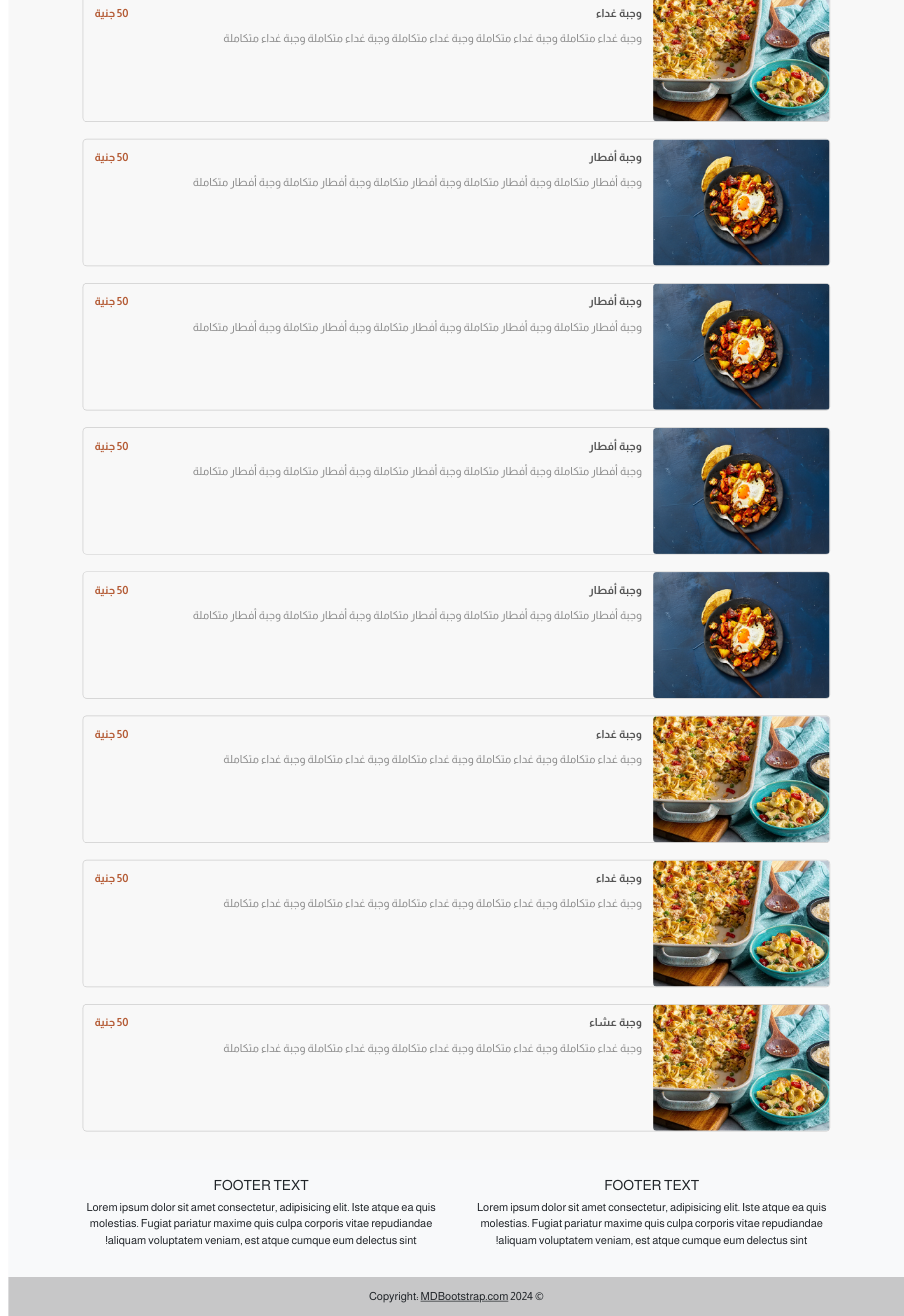
Repository: kerlos-alfy/Restaurant-Menu
Page: /
The author's editor kept a copy of each file at every save. The page is drawn from the files as they stood at one save, then again after the next save.
The browser window is 1280 px wide. The page is 1292 px wide, so the pictures cover 1292 px, including what lies to the right of the window. The pictures show the part of the page from y = 1316 to 3196 px (the page is 3196 px tall before and 3028 px after), at 70% of full size.
Some web fonts or font styles are not loaded; a fallback is used. The project was rebuilt for these pictures with package versions that can differ from the ones it lists, and the page was loaded fresh each time. Also part of the build but not shown: vite.config.js, src/App.css.

Above is the page before, as saved 2024-12-27 02:15:02.

### index.html
<!DOCTYPE html>
<html lang="ar" dir="rtl">
	<head>
		<meta charset="UTF-8" />
		<link rel="icon" type="image/svg+xml" href="https://www.svgrepo.com/show/282224/fast-food-hamburguer.svg" />
		<link
			rel="stylesheet"
			href="https://cdn.jsdelivr.net/npm/bootstrap@5.3.2/dist/css/bootstrap.min.css"
			integrity="sha384-T3c6CoIi6uLrA9TneNEoa7RxnatzjcDSCmG1MXxSR1GAsXEV/Dwwykc2MPK8M2HN"
			crossorigin="anonymous" />
		<!-- Start Font Google Arabic  -->
		<link rel="preconnect" href="https://fonts.googleapis.com" />
		<link rel="preconnect" href="https://fonts.gstatic.com" crossorigin />
		<link
			href="https://fonts.googleapis.com/css2?family=Alkalami&family=Almarai:wght@300;400;700;800&family=Cairo:wght@200..1000&family=Rakkas&display=swap"
			rel="stylesheet" />
		<!-- End Font Google Arabic  -->
		<meta name="viewport" content="width=device-width, initial-scale=1.0" />
		<title>Restaurant Menu</title>
	</head>
	<body>
		<div id="root"></div>
		<script type="module" src="/src/main.jsx"></script>
	</body>
</html>

### src/index.css
/* :root {
  font-family: Inter, system-ui, Avenir, Helvetica, Arial, sans-serif;
  line-height: 1.5;
  font-weight: 400;

  color-scheme: light dark;
  color: rgba(255, 255, 255, 0.87);
  background-color: #242424;

  font-synthesis: none;
  text-rendering: optimizeLegibility;
  -webkit-font-smoothing: antialiased;
  -moz-osx-font-smoothing: grayscale;
}

a {
  font-weight: 500;
  color: #646cff;
  text-decoration: inherit;
}
a:hover {
  color: #535bf2;
}

body {
  margin: 0;
  display: flex;
  place-items: center;
  min-width: 320px;
  min-height: 100vh;
}

h1 {
  font-size: 3.2em;
  line-height: 1.1;
}

button {
  border-radius: 8px;
  border: 1px solid transparent;
  padding: 0.6em 1.2em;
  font-size: 1em;
  font-weight: 500;
  font-family: inherit;
  background-color: #1a1a1a;
  cursor: pointer;
  transition: border-color 0.25s;
}
button:hover {
  border-color: #646cff;
}
button:focus,
button:focus-visible {
  outline: 4px auto -webkit-focus-ring-color;
}

@media (prefers-color-scheme: light) {
  :root {
    color: #213547;
    background-color: #ffffff;
  }
  a:hover {
    color: #747bff;
  }
  button {
    background-color: #f9f9f9;
  }
} */

.color-body {
	background-color: #f8f8f8;
	height: 100%;
}
.font {
	font-family: "Almarai", sans-serif;
}
.title {
	color: #224f61;
	font-family: Almarai;
	font-size: 30px;
	font-weight: bold;
	letter-spacing: 0;
	line-height: 64px;
}
.underline {
	height: 1px;
	width: 200px;
	border-radius: 10px;
	border: 2px solid #b45b35;
}
.btn {
	color: black;
	font-family: Almarai;
	font-size: 18px;
	letter-spacing: 0;
	line-height: 24px;
}
.btn:hover {
	color: black;
	font-family: Almarai;
	font-size: 18px;
	font-weight: bold;
	letter-spacing: 0;
	line-height: 24px;
	border-radius: 11px;
	border: none;
	background-color: #b45b35;
}
.img-item {
	height: 180px;
	width: 252px;
	border-radius: 5px;
}
.item-description {
	color: #8c8c8c;
	font-family: Almarai;
	font-size: 16px;
	letter-spacing: 0;
	line-height: 20px;
}
.item-title {
	color: #555555;
	font-family: Almarai;
	font-size: 16px;
	font-weight: bold;
	letter-spacing: 0;
	line-height: 20px;
}
.card-color {
	background-color: #f8f8f8;
}
.item-price {
	color: #b45b35;
	font-family: Almarai;
	font-size: 16px;
	font-weight: bold;
	letter-spacing: 0;
	line-height: 20px;
}
.btn-search {
	border: none;
	cursor: pointer;
	color: #b45b35;
	border-radius: 3px solid #b45b35;
	border-radius: 8px;
	background-color: white;
	width: 72px;
	font-weight: 500;
}
.btn-search:hover {
	color: white;
	border-radius: 3px solid white;
	background-color: #b45b35;
	border-radius: 8px;
}
.brand-color {
	color: #ffffff;
}

### src/App.jsx
import { motion } from "framer-motion";
import { useState } from "react";
import { Container } from "react-bootstrap";
import "./App.css";
import NavBar from "./components/NavBar";
import Header from "./components/Header";
import Category from "./components/Category";
import ItemsList from "./components/ItemsList";
import Footer from "./components/Footer";
import { items } from "./data";
function App() {
	const [itemsData, SetItemsData] = useState(items);

	const allCategory = ["الكل", ...new Set(items.map((item) => item.category))];

	// Filter items by category
	const filterByCategory = (cat) => {
		if (cat === "الكل") {
			SetItemsData(items);
		} else {
			const newArr = items.filter((item) => item.category === cat);
			SetItemsData(newArr);
		}
	};

	// Filter items by search Form
	const filterBySearch = (word) => {
		if (word !== "") {
			const newArr = items.filter((item) => item.title === word);
			SetItemsData(newArr);
		}
	};
	return (
		<div className="color-body font">
			<NavBar filterBySearch={filterBySearch} />
			<Container>
				<motion.div
					initial={{ opacity: 0, scale: 0.8, rotate: -10 }}
					animate={{ opacity: 1, scale: 1, rotate: 0 }}
					transition={{ duration: 1, ease: "easeInOut" }}>
					<Header />
				</motion.div>
				<motion.div initial={{ opacity: 0, x: -100 }} animate={{ opacity: 1, x: 0 }} transition={{ duration: 0.8, ease: "easeOut" }}>
					<Category filterByCategory={filterByCategory} allCategory={allCategory} />
				</motion.div>
				<motion.div initial={{ opacity: 0, scale: 0.9 }} animate={{ opacity: 1, scale: 1 }} transition={{ duration: 1.2, ease: "easeInOut" }}>
					<ItemsList itemsData={itemsData} />
				</motion.div>
			</Container>
			<Footer />
		</div>
	);
}

export default App;

### src/components/NavBar.jsx
/* eslint-disable react/prop-types */
import { useState } from "react";
import { Navbar, Container, Row, Nav, Form, FormControl } from "react-bootstrap";
const NavBar = ({ filterBySearch }) => {
	const [searchWord, setSearchWord] = useState("");
	const onSearch = () => {
		filterBySearch(searchWord);
		setSearchWord("");
	};
	return (
		<Row>
			<Navbar bg="dark" expand="lg" variant="dark">
				<Container>
					<Navbar.Brand href="#">
						<div className="brand-color">
							مطعم الحبايب
							<img src="https://www.svgrepo.com/show/282224/fast-food-hamburguer.svg" alt="logo" width="50" height="50" />
						</div>
					</Navbar.Brand>
					<Navbar.Toggle aria-controls="navbarScroll" />
					<Navbar.Collapse id="navbarScroll">
						<Nav className="me-auto my-2 my-lg-0" style={{ maxHeight: "100px" }} navbarScroll></Nav>
						<Form className="d-flex">
							<FormControl type="text" placeholder="ابحث.." className="mx-2" onChange={(e) => setSearchWord(e.target.value)} value={searchWord} />
							<button onClick={onSearch} className="btn-search" type="button">
								بحث
							</button>
						</Form>
					</Navbar.Collapse>
				</Container>
			</Navbar>
		</Row>
	);
};

export default NavBar;

### src/components/Header.jsx
import { Col, Row } from "react-bootstrap";

const Header = () => {
	return (
		<Row>
			<Col sm="12" className="text-center justify-content-center">
				<div className="title">قائمة الطعام </div>
				<div className="justify-content-center d-flex">
					<p className="underline"></p>
				</div>
			</Col>
		</Row>
	);
};

export default Header;

### src/components/Category.jsx
/* eslint-disable react/prop-types */
import { Col, Row } from "react-bootstrap";

const Category = ({ filterByCategory, allCategory }) => {
	const onFilter = (cat) => {
		filterByCategory(cat);
	};
	return (
		<Row className="my-2 mb-5">
			<Col sm="12" className=" justify-content-center d-flex">
				{allCategory.length >= 1 ? (
					allCategory.map((category, index) => {
						return (
							<div key={index}>
								<button onClick={() => onFilter(category)} style={{ border: "1px solid #b45b35" }} className="btn mx-2">
									{category}
								</button>
							</div>
						);
					})
				) : (
					<h1>لا يوجد تصنيفات</h1>
				)}
			</Col>
		</Row>
	);
};

export default Category;

### src/components/ItemsList.jsx
/* eslint-disable react/prop-types */
import { Card, Col, Row } from "react-bootstrap";

const ItemsList = ({ itemsData }) => {
	return (
		<Row>
			<Col sm="12" className="mb-3">
				{itemsData.length >= 1 ? (
					itemsData.map((item) => {
						return (
							<Card key={item.id} className="d-flex flex-row m-4" style={{ backgroundColor: "#F8F8F8" }}>
								<Card.Img className="img-item" variant="top" src={item.image} />
								<Card.Body>
									<Card.Title className="d-flex justify-content-between">
										<div className="item-title">{item.title}</div>
										<div className="item-price">{item.price}</div>
									</Card.Title>
									<Card.Text className="py-2">
										<div className="item-description">{item.description}</div>
									</Card.Text>
								</Card.Body>
							</Card>
						);
					})
				) : (
					<h1>لا يوجد</h1>
				)}
			</Col>
		</Row>
	);
};

export default ItemsList;

### src/components/Footer.jsx
import { MDBFooter, MDBContainer, MDBCol, MDBRow } from "mdb-react-ui-kit";
const Footer = () => {
	return (
		<MDBFooter bgColor="light" className="text-center text-lg-left">
			<MDBContainer className="p-4">
				<MDBRow>
					<MDBCol lg="6" md="12" className="mb-4 mb-md-0">
						<h5 className="text-uppercase">Footer text</h5>

						<p>
							Lorem ipsum dolor sit amet consectetur, adipisicing elit. Iste atque ea quis molestias. Fugiat pariatur maxime quis culpa corporis vitae
							repudiandae aliquam voluptatem veniam, est atque cumque eum delectus sint!
						</p>
					</MDBCol>

					<MDBCol lg="6" md="12" className="mb-4 mb-md-0">
						<h5 className="text-uppercase">Footer text</h5>

						<p>
							Lorem ipsum dolor sit amet consectetur, adipisicing elit. Iste atque ea quis molestias. Fugiat pariatur maxime quis culpa corporis vitae
							repudiandae aliquam voluptatem veniam, est atque cumque eum delectus sint!
						</p>
					</MDBCol>
				</MDBRow>
			</MDBContainer>

			<div className="text-center p-3" style={{ backgroundColor: "rgba(0, 0, 0, 0.2)" }}>
				&copy; {new Date().getFullYear()} Copyright:{" "}
				<a className="text-dark" href="https://mdbootstrap.com/">
					MDBootstrap.com
				</a>
			</div>
		</MDBFooter>
	);
};

export default Footer;

### src/data.js
export const items = [
	{
		id: Math.random(),
		title: "وجبة غداء",
		description: "وجبة غداء متكاملة وجبة غداء متكاملة وجبة غداء متكاملة وجبة غداء متكاملة وجبة غداء متكاملة",
		price: "50 جنية",
		image: "../public/img/dinner.png",
		category: "غداء",
	},
	{
		id: Math.random(),
		title: "وجبة غداء",
		description: "وجبة غداء متكاملة وجبة غداء متكاملة وجبة غداء متكاملة وجبة غداء متكاملة وجبة غداء متكاملة",
		price: "50 جنية",
		image: "../public/img/dinner.png",
		category: "غداء",
	},
	{
		id: Math.random(),
		title: "وجبة أفطار",
		description: "وجبة أفطار متكاملة وجبة أفطار متكاملة وجبة أفطار متكاملة وجبة أفطار متكاملة وجبة أفطار متكاملة",
		price: "50 جنية",
		image: "../public/img/breakfast.png",
		category: "افطار",
	},
	{
		id: Math.random(),
		title: "وجبة غداء",
		description: "وجبة غداء متكاملة وجبة غداء متكاملة وجبة غداء متكاملة وجبة غداء متكاملة وجبة غداء متكاملة",
		price: "50 جنية",
		image: "../public/img/dinner.png",
		category: "غداء",
	},
	{
		id: Math.random(),
		title: "وجبة أفطار",
		description: "وجبة أفطار متكاملة وجبة أفطار متكاملة وجبة أفطار متكاملة وجبة أفطار متكاملة وجبة أفطار متكاملة",
		price: "50 جنية",
		image: "../public/img/breakfast.png",
		category: "افطار",
	},
	{
		id: Math.random(),
		title: "وجبة غداء",
		description: "وجبة غداء متكاملة وجبة غداء متكاملة وجبة غداء متكاملة وجبة غداء متكاملة وجبة غداء متكاملة",
		price: "50 جنية",
		image: "../public/img/dinner.png",
		category: "غداء",
	},
	{
		id: Math.random(),
		title: "وجبة أفطار",
		description: "وجبة أفطار متكاملة وجبة أفطار متكاملة وجبة أفطار متكاملة وجبة أفطار متكاملة وجبة أفطار متكاملة",
		price: "50 جنية",
		image: "../public/img/breakfast.png",
		category: "افطار",
	},
	{
		id: Math.random(),
		title: "وجبة أفطار",
		description: "وجبة أفطار متكاملة وجبة أفطار متكاملة وجبة أفطار متكاملة وجبة أفطار متكاملة وجبة أفطار متكاملة",
		price: "50 جنية",
		image: "../public/img/breakfast.png",
		category: "افطار",
	},
	{
		id: Math.random(),
		title: "وجبة أفطار",
		description: "وجبة أفطار متكاملة وجبة أفطار متكاملة وجبة أفطار متكاملة وجبة أفطار متكاملة وجبة أفطار متكاملة",
		price: "50 جنية",
		image: "../public/img/breakfast.png",
		category: "افطار",
	},
	{
		id: Math.random(),
		title: "وجبة أفطار",
		description: "وجبة أفطار متكاملة وجبة أفطار متكاملة وجبة أفطار متكاملة وجبة أفطار متكاملة وجبة أفطار متكاملة",
		price: "50 جنية",
		image: "../public/img/breakfast.png",
		category: "افطار",
	},
	{
		id: Math.random(),
		title: "وجبة غداء",
		description: "وجبة غداء متكاملة وجبة غداء متكاملة وجبة غداء متكاملة وجبة غداء متكاملة وجبة غداء متكاملة",
		price: "50 جنية",
		image: "../public/img/dinner.png",
		category: "غداء",
	},
	{
		id: Math.random(),
		title: "وجبة غداء",
		description: "وجبة غداء متكاملة وجبة غداء متكاملة وجبة غداء متكاملة وجبة غداء متكاملة وجبة غداء متكاملة",
		price: "50 جنية",
		image: "../public/img/dinner.png",
		category: "غداء",
	},
	{
		id: Math.random(),
		title: "وجبة عشاء",
		description: "وجبة غداء متكاملة وجبة غداء متكاملة وجبة غداء متكاملة وجبة غداء متكاملة وجبة غداء متكاملة",
		price: "50 جنية",
		image: "../public/img/dinner.png",
		category: "عشاء",
	},
];

Loaded but not shown: src/main.jsx (common file)

After the next save:
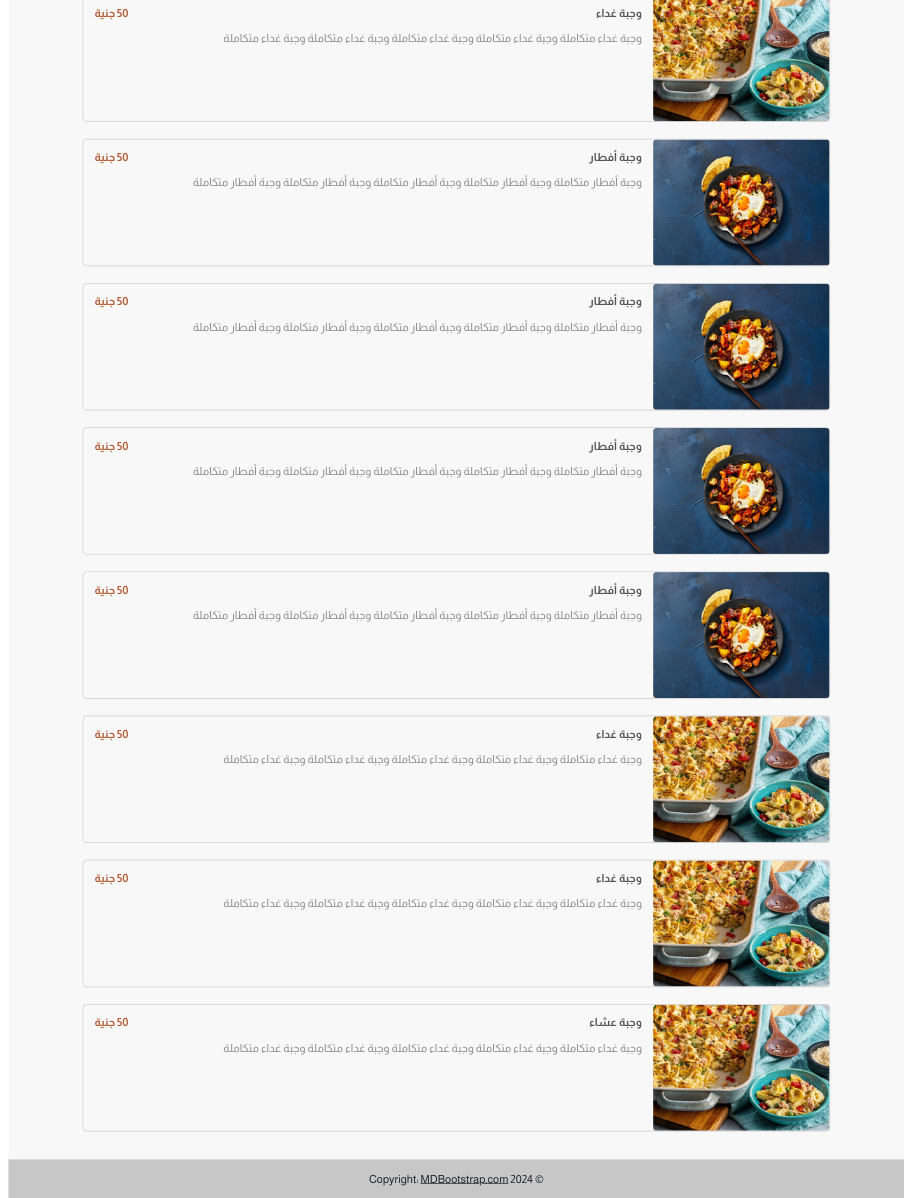
Saved 8 s later.
--- a/src/components/Footer.jsx
+++ b/src/components/Footer.jsx
@@ -2,28 +2,6 @@ import { MDBFooter, MDBContainer, MDBCol, MDBRow } from "mdb-react-ui-kit";
 const Footer = () => {
 	return (
 		<MDBFooter bgColor="light" className="text-center text-lg-left">
-			<MDBContainer className="p-4">
-				<MDBRow>
-					<MDBCol lg="6" md="12" className="mb-4 mb-md-0">
-						<h5 className="text-uppercase">Footer text</h5>
-
-						<p>
-							Lorem ipsum dolor sit amet consectetur, adipisicing elit. Iste atque ea quis molestias. Fugiat pariatur maxime quis culpa corporis vitae
-							repudiandae aliquam voluptatem veniam, est atque cumque eum delectus sint!
-						</p>
-					</MDBCol>
-
-					<MDBCol lg="6" md="12" className="mb-4 mb-md-0">
-						<h5 className="text-uppercase">Footer text</h5>
-
-						<p>
-							Lorem ipsum dolor sit amet consectetur, adipisicing elit. Iste atque ea quis molestias. Fugiat pariatur maxime quis culpa corporis vitae
-							repudiandae aliquam voluptatem veniam, est atque cumque eum delectus sint!
-						</p>
-					</MDBCol>
-				</MDBRow>
-			</MDBContainer>
-
 			<div className="text-center p-3" style={{ backgroundColor: "rgba(0, 0, 0, 0.2)" }}>
 				&copy; {new Date().getFullYear()} Copyright:{" "}
 				<a className="text-dark" href="https://mdbootstrap.com/">
